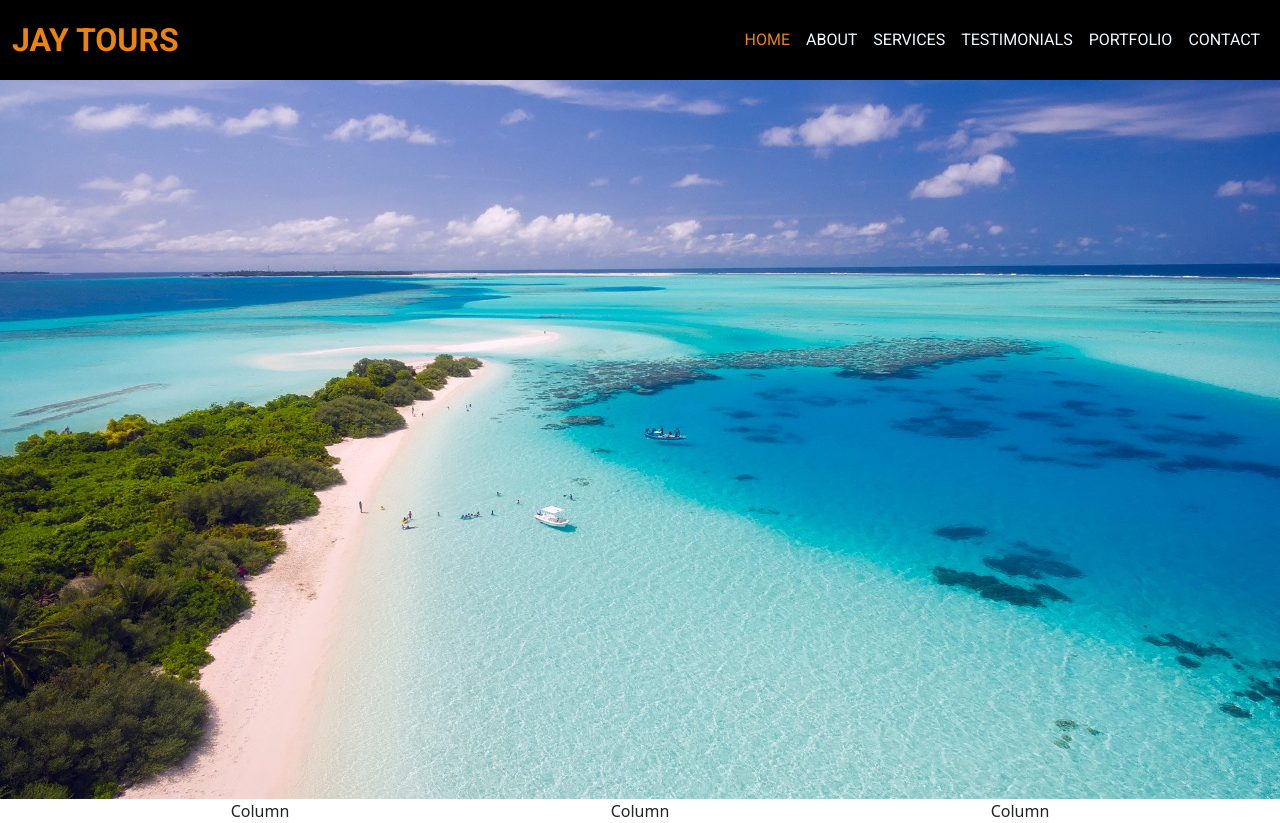
Repository: kasundiudn/Jay-Travel
Page: index.html
These files come from the project's save history. The page is drawn as it stood at one moment and after a run of saves; the edit follows.
The browser window is 1280 px wide. The pictures show the whole page.

Above is the page before, as saved 2025-06-26 09:39:37.

### index.html
<!doctype html>
<html lang="en">
  <head>
    <meta charset="utf-8">
    <meta name="viewport" content="width=device-width, initial-scale=1">
    <title>Bootstrap demo</title>
    <link rel="preconnect" href="https://fonts.googleapis.com">
    <link rel="preconnect" href="https://fonts.gstatic.com" crossorigin>
    <link href="https://fonts.googleapis.com/css2?family=Roboto:ital,wght@0,100..900;1,100..900&display=swap" rel="stylesheet">
    <link href="https://cdn.jsdelivr.net/npm/bootstrap@5.3.7/dist/css/bootstrap.min.css" rel="stylesheet" integrity="sha384-LN+7fdVzj6u52u30Kp6M/trliBMCMKTyK833zpbD+pXdCLuTusPj697FH4R/5mcr" crossorigin="anonymous">
  <style>
    header{  font-family: "Roboto", sans-serif;
           }
    .nav-link{
        color: aliceblue;
    }

  </style>
  </head>
  <body>
<header>
    <nav class="navbar navbar-expand-lg " style="background-color: black; height: 80px;">
  <div class="container-fluid">
    <a class="navbar-brand" href="#" style="color: #eb830c; font-weight: bold;  font-size:xx-large;">JAY TOURS</a>
    <button class="navbar-toggler" type="button" data-bs-toggle="collapse" data-bs-target="#navbarSupportedContent" aria-controls="navbarSupportedContent" aria-expanded="false" aria-label="Toggle navigation">
      <span class="navbar-toggler-icon"></span>
    </button>
    <div class="collapse navbar-collapse justify-content-end" id="navbarSupportedContent">
      <ul class="navbar-nav mb-2 mb-lg-0">
        <li class="nav-item">
          <a class="nav-link active" aria-current="page" href="#" style="color: #eb830c;">HOME</a>
        </li>
        <li class="nav-item">
          <a class="nav-link" href="#">ABOUT</a>
        </li>
         <li class="nav-item">
          <a class="nav-link" href="#">SERVICES</a>
        </li>
         <li class="nav-item">
          <a class="nav-link" href="#">TESTIMONIALS</a>
        </li>
         <li class="nav-item">
          <a class="nav-link" href="#">PORTFOLIO</a>
        </li>
         <li class="nav-item">
          <a class="nav-link" href="#">CONTACT</a>
        </li>
    </div>
  </div>
</nav>
</header>
<img src="main.jpg" alt="Beach image" style="width: 100%; height: auto;">

<div class="container text-center">
  <div class="row">
    <div class="col">
      Column
    </div>
    <div class="col">
      Column
    </div>
    <div class="col">
      Column
    </div>
  </div>
</div>

    <script src="https://cdn.jsdelivr.net/npm/@popperjs/core@2.11.8/dist/umd/popper.min.js" integrity="sha384-I7E8VVD/ismYTF4hNIPjVp/Zjvgyol6VFvRkX/vR+Vc4jQkC+hVqc2pM8ODewa9r" crossorigin="anonymous"></script>
<script src="https://cdn.jsdelivr.net/npm/bootstrap@5.3.7/dist/js/bootstrap.min.js" integrity="sha384-7qAoOXltbVP82dhxHAUje59V5r2YsVfBafyUDxEdApLPmcdhBPg1DKg1ERo0BZlK" crossorigin="anonymous"></script>
  </body>
</html>

After the next 4 saves:
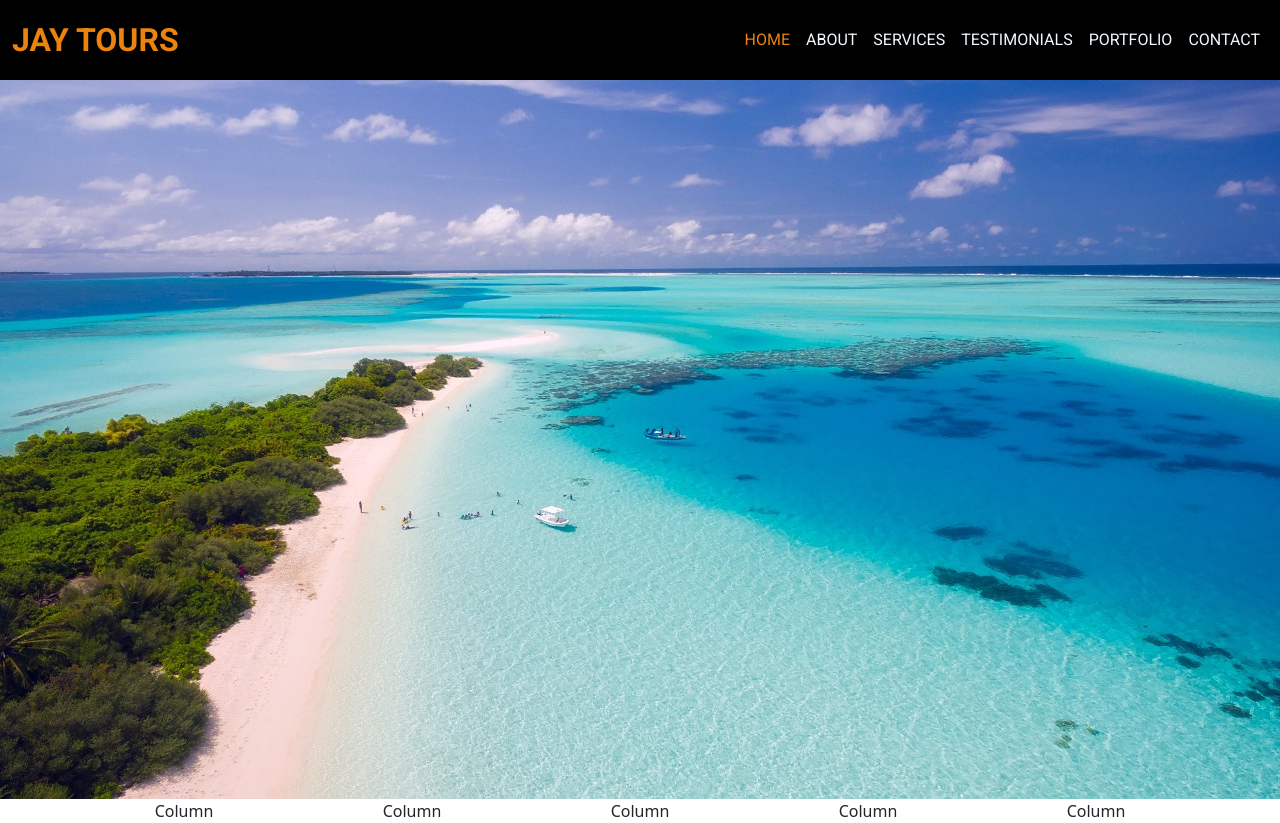
The 4 saves are shown as one change because they came seconds apart.
The last was saved 18 s later.
--- a/index.html
+++ b/index.html
@@ -62,6 +62,12 @@
     <div class="col">
       Column
     </div>
+    <div class="col">
+      Column
+    </div>
+    <div class="col">
+      Column
+    </div>
   </div>
 </div>
 
